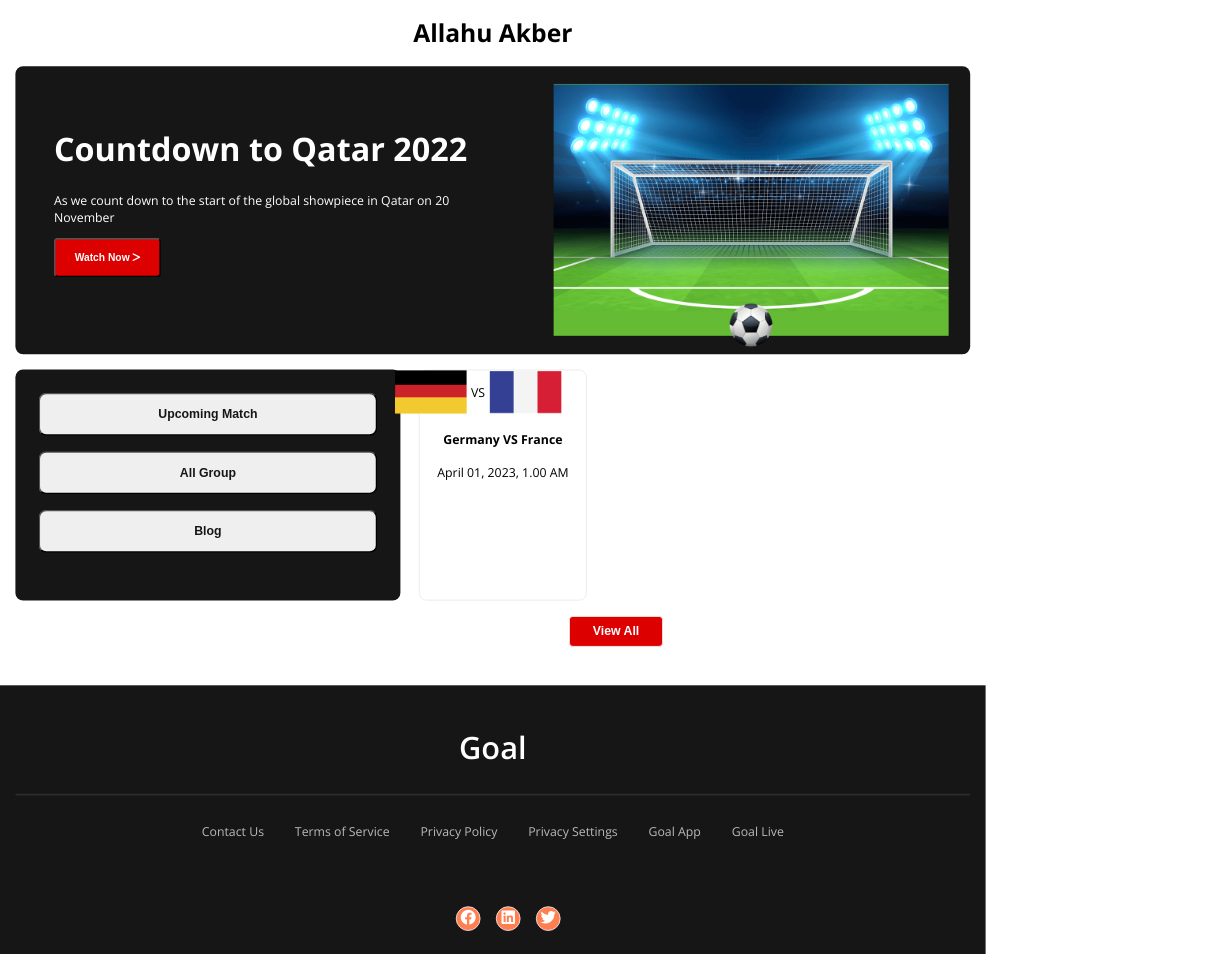
Repository: zjria/Qatar-world-cup
Page: match.html
The author's editor kept a copy of each file at every save. The page is drawn from the files as they stood at one save, then again after the next save.
The browser window is 1280 px wide. The page is 1600 px wide, so the pictures cover 1600 px, including what lies to the right of the window. The pictures show the whole page, at 77% of full size.

Above is the page before, as saved 2022-09-10 10:21:25.

### match.html
<!DOCTYPE html>
<html lang="en">

<head>
    <meta charset="UTF-8">
    <meta http-equiv="X-UA-Compatible" content="IE=edge">
    <meta name="viewport" content="width=device-width, initial-scale=1.0">
    <title>QATAR WORLD CUP</title>
    <!-- Font Awesome CDN Link -->
    <link rel="stylesheet" href="https://cdnjs.cloudflare.com/ajax/libs/font-awesome/6.2.0/css/all.min.css"
        integrity="sha512-xh6O/CkQoPOWDdYTDqeRdPCVd1SpvCA9XXcUnZS2FmJNp1coAFzvtCN9BmamE+4aHK8yyUHUSCcJHgXloTyT2A=="
        crossorigin="anonymous" referrerpolicy="no-referrer" />
    <!-- Font Awesome CDN Link -->
    <link rel="stylesheet" href="https://cdnjs.cloudflare.com/ajax/libs/font-awesome/6.2.0/css/all.min.css"
        integrity="sha512-xh6O/CkQoPOWDdYTDqeRdPCVd1SpvCA9XXcUnZS2FmJNp1coAFzvtCN9BmamE+4aHK8yyUHUSCcJHgXloTyT2A=="
        crossorigin="anonymous" referrerpolicy="no-referrer" />
    <!-- Custom CSS -->
    <link rel="stylesheet" href="style.css">

</head>

<body>
    <h1 style="text-align:center;">Allahu Akber</h1>


    <!-- Header Section -->
    <header class="header-container">

        <div class="header-text">
            <h1>Countdown to Qatar 2022</h1>
            <p>As we count down to the start of the global showpiece in Qatar on 20 November</p>
            <button>Watch Now <i class="fa-solid fa-greater-than"></i> </button>
        </div>

        <div class="header-img">
            <marquee behavior="alternate" scrollamount="0" direction="">
                <marquee behavior="alternate" scrollamount="0" direction="">
                    <img src="images/Ball.png" class="ball" alt="">
                </marquee>

            </marquee>

        </div>


    </header>


    <!-- Nav Section start HTML -->
    <div class="nav-container">
        <nav class="nav-section">
            <div class="all-button">
                <button><a href="#">Upcoming Match</a></button>
                <button><a href="#">All Group</a></button>
                <button><a href="#">Blog</a></button>
            </div>
        </nav>

        <!-- Main Section Start HTML  -->
        <main class="main-section">

            <div class="transfer">
                <div class="match-vs">
                    <img src="images/germany Flag.png" alt=""> <span>VS</span>
                    <img src="images/Flag.png" alt="">
                </div>
                <div class="match-text">
                    <h4>Germany VS France </h4>
                    <p>April 01, 2023, 1.00 AM</p>
                </div>
            </div>


        </main>
    </div>

    <!-- Only Table -->
    <div class="view-all">
        <Button>View All</Button>
    </div>

    <!-- Footer Section start -->
    <div class="footer-container">
        <div class="footer">
            <h2>Goal</h2>
            <hr>
            <div class="footer-text">
                <ul>
                    <li>Contact Us</li>
                    <li>Terms of Service</li>
                    <li>Privacy Policy</li>
                    <li>Privacy Settings</li>
                    <li>Goal App</li>
                    <li>Goal Live</li>
                </ul>
            </div>
        </div>
        <!-- Social Icons start -->
        <div class="social-icons">
            <ul>
                <li><a href="https://web.facebook.com/profile.php?id=100010388645936"><i
                            class="fa-brands fa-facebook"></i></a></li>
                <li><a href="https://www.linkedin.com/in/web-developer-zj/"><i class="fa-brands fa-linkedin"></i></a>
                </li>
                <li><a href="https://twitter.com/webdeveloper_zj"><i class="fa-brands fa-twitter"></i></a></li>
            </ul>
        </div>
    </div>
</body>

</html>

### style.css
/* Google Fonts Link */
@import url('https://fonts.googleapis.com/css2?family=Open+Sans:wght@300;400;500;600;700&family=Poppins:wght@500&family=Roboto:wght@100;300;400;500;700;900&display=swap');

body {
    font-family: 'Open Sans', sans-serif;
    margin: 0%;
    padding: 0%;
    background-color: white;
}

/* Header Section */

.header-container {
    display: flex;
    border-radius: 10px;
    margin-bottom: 130px;
    margin: 20px;
    background: #161616;
}

.header-container .header-text {
    color: #FFFFFF;
    padding: 50px;
    width: 50%;

}

.header-container .header-text h1 {
    font-size: 42px;
    bottom: 20px;
}

.header-container .header-text p {
    font-size: 16px;
}

.header-container .header-text button {
    background: #DD0000;
    border-radius: 5px;
    padding: 16px 25px;
    color: white;
    font-weight: 700;
}

.header-img {
    background: url(images/goal-bar.png);
    background-repeat: no-repeat;
    background-position: center;
    background-size: 90%;
    width: 50%;
}

.header-img .ball {
    justify-content: center;
    align-items: center;
    margin: 0 auto;
    display: flex;
    margin-top: 54%;
}

.header-img img {
    width: 10%;
}

.ball {
    transition: transform 0.3s ease-out;
}

.header-img:hover .ball {
    transform: rotate(90deg);
    transform: translate(280px, -50%);
    padding-top: -60px;
    transform: scale(0.5) translate(-100%, -100%) rotate(0.5turn);

}


/* Nav Section Start */

.nav-container {
    display: flex;
    margin: 20px;
}

.nav-section {
    background: #161616;
    border-radius: 10px;
    margin-right: 24px;
    width: 500px;
    height: 300px;
}

.all-button {
    display: flex;
    flex-direction: column;
    margin: 30px 30px 0px 30px;
}

.all-button button {
    padding: 17px;
    margin-bottom: 20px;
    border-radius: 10px;
    font-weight: 700;
    font-size: 16px;
}

.all-button button a {
    text-decoration: none;
    color: #161616;
}

.all-button button:hover {
    background-color: #DD0000;
    color: white;
}

/* Main Section */
.main-section {
    display: grid;
    grid-template-columns: repeat(3, 1fr);
    grid-column-gap: 24px;
    grid-row-gap: 24px;
}

.transfer {
    border: 1px solid #E8E8E8;
    border-radius: 10px;
}

.transfer .match-vs {
    display: flex;
    justify-content: center;
    align-items: center;
    text-align: center;
    width: 70%;
}

.transfer .match-text {
    justify-content: center;
    align-items: center;
    text-align: center;
}

.transfer span {
    padding: 0 5px;
}

.button-text {
    padding: 20px;
}

.button-text button {
    padding: 5px 20px;
    border: 1px solid;
    border-radius: 5px;
    font-size: 16px;
    background-color: white;
}

.button-text p {
    font-size: 18px;
    font-weight: 600;
}

.transfer img {
    width: 100%;
}

.container .nav-section {
    width: 312px;
}

.icons {
    display: flex;
    color: rgba(22, 22, 22, 0.7);
    font-size: 16px;
}

.icons p {
    margin-right: 40px;
}

/* Only Table */
.view-all {
    display: flex;
    justify-content: center;
    margin: 0 auto;
    margin-right: -25%;
}

.view-all button {
    padding: 10px 30px;
    border: 1px solid;
    border-radius: 5px;
    font-size: 16px;
    color: white;
    background-color: #DD0000;
    font-weight: 700;
}



/* Footer Container style start */
.footer-container {
    width: 100%;
    background: #161616;
    margin-top: 50px;
}

.footer hr {
    border: 1px solid rgba(255, 255, 255, 0.1);

}

.footer {
    text-align: center;
    justify-content: center;
    align-items: center;
    margin: 0 auto;
    padding: 20px 0px;
}

.footer hr {
    margin: 0px 20px;
}

.footer-container h2 {
    color: #FFFFFF;
    font-weight: 600;
    font-size: 40px;

}

.footer-container .footer-text {
    color: #FFFFFF;
    text-align: center;
    justify-content: center;
    align-items: center;

}

.footer-container .footer-text ul {
    display: flex;
    text-align: center;
    justify-content: center;
    align-items: center;
    /* margin: 0px 20px; */
    padding: 0px;
}

.footer-container .footer-text ul li {
    text-decoration: none;
    list-style: none;
    margin: 20px 20px;
    color: #B9B9B9;
    font-size: 16px;
}

/* Social Icons style start */
.social-icons {
    color: white;
    font-size: 20px;
    margin: 0 auto;
    text-align: center;
    justify-content: center;
    align-items: center;
    display: flex;
}

.social-icons ul {
    display: flex;
}

.social-icons ul li {
    background-color: coral;
    border-radius: 50%;
    width: 30px;
    height: 30px;
    border: 1px solid ghostwhite;
    list-style: none;
    margin: 10px;

}

.social-icons ul li a {
    color: white;
}

After the next save:
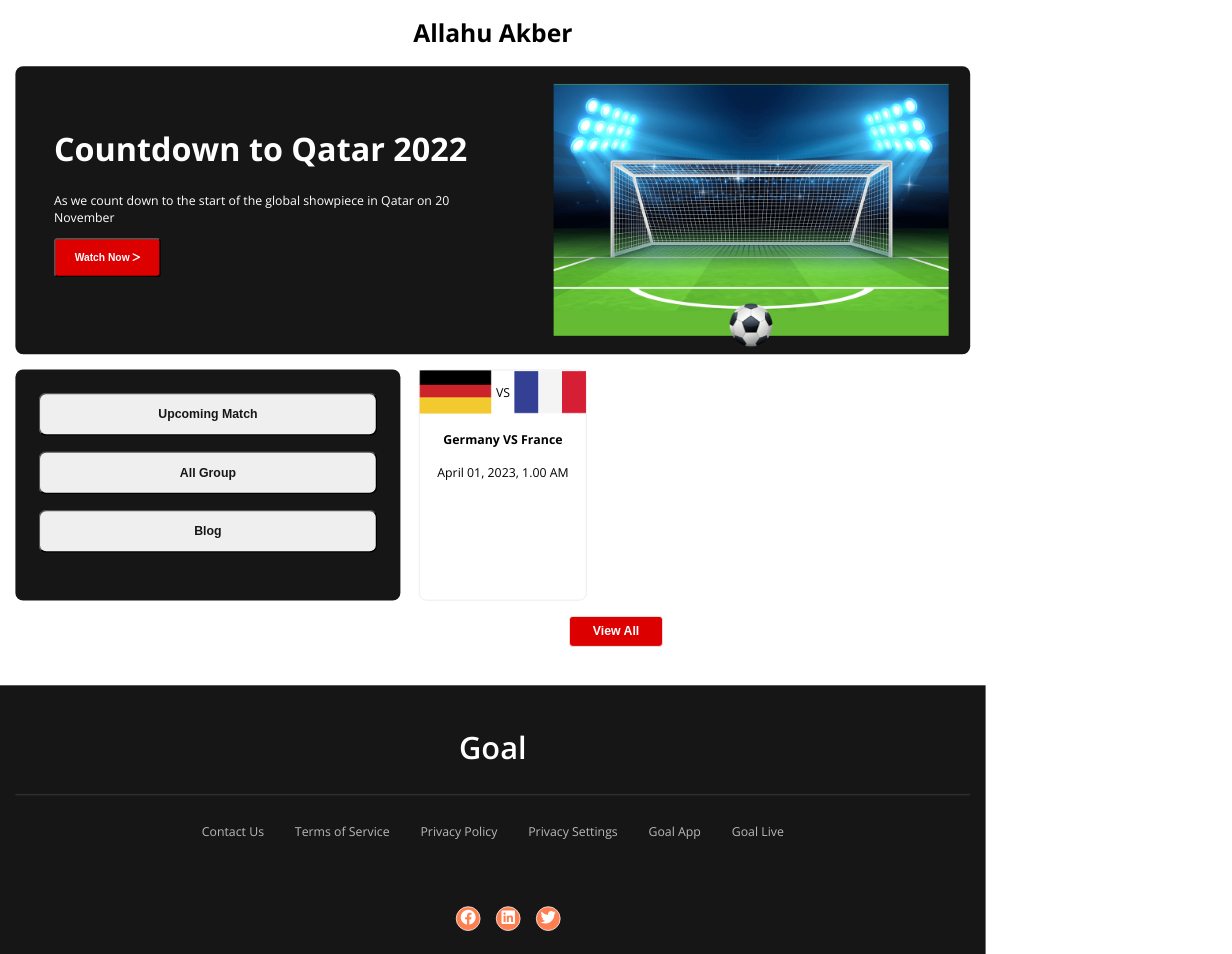
Saved 37 s later.
--- a/style.css
+++ b/style.css
@@ -132,7 +132,10 @@
     justify-content: center;
     align-items: center;
     text-align: center;
-    width: 70%;
+}
+
+.transfer .match-vs img {
+    width: 80%;
 }
 
 .transfer .match-text {
